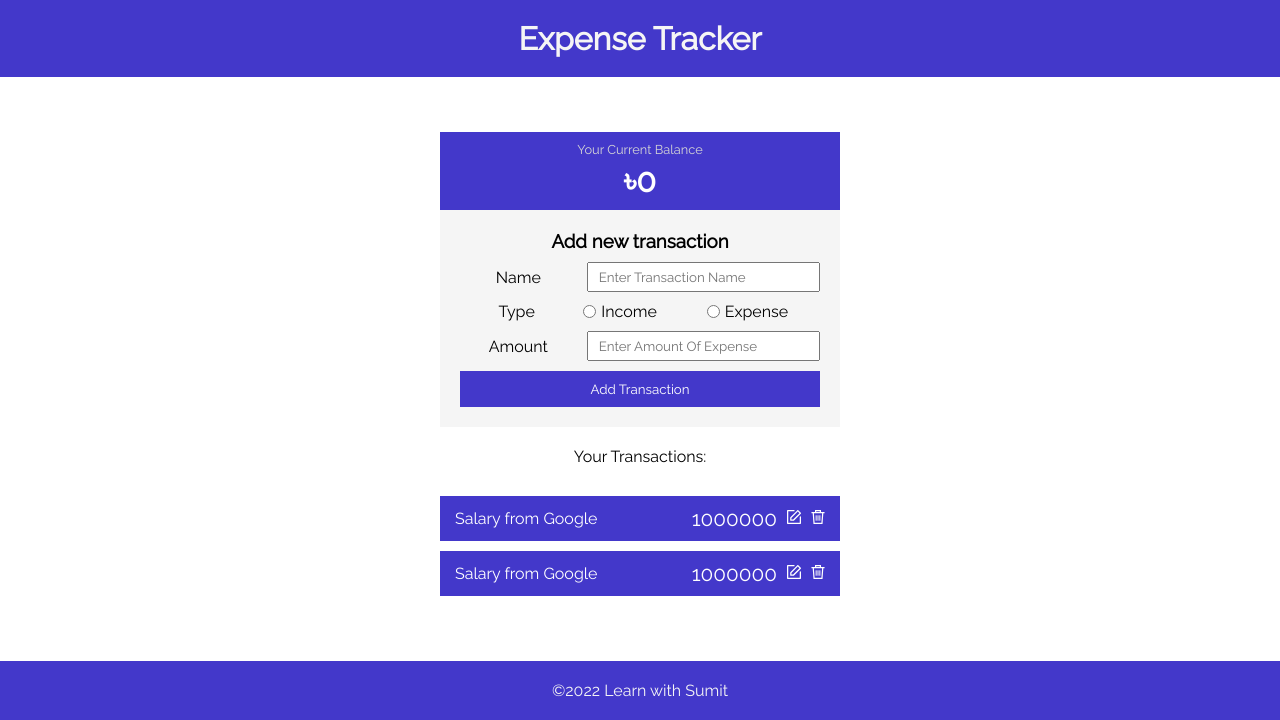
Repository: Tanvir3744/redux-expense-tracker
Page: /
The author's editor kept a copy of each file at every save. The page is drawn from the files as they stood at one save, then again after the next save.
The browser window is 1280 px wide. The pictures show the whole page.
The project was rebuilt for these pictures with package versions that can differ from the ones it lists, and the page was loaded fresh each time. Requests to the local data server were answered from the project's data file.

Above is the page before, as saved 2022-11-15 01:46:58.

After the next save:
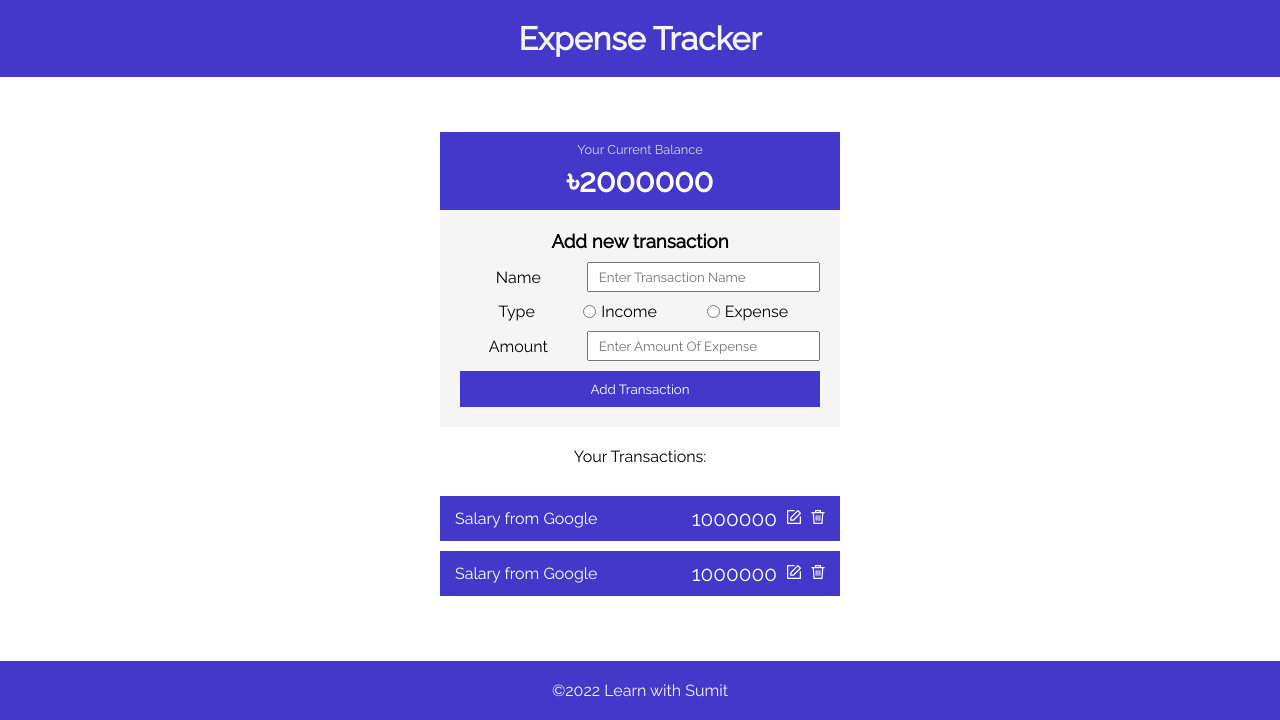
Saved 2 min 1 s later.
--- a/src/components/Balance.js
+++ b/src/components/Balance.js
@@ -7,9 +7,9 @@ export default function Balance() {
     const calBalance = () => {
         let income = 0;
         transactions.forEach(transaction => {
-            console.log(transaction.type)
-            if (transactions.type === 'income') {
-                income += transaction.amount;
+             let {type, amount} = transaction || {}
+            if (type === 'income') {
+                income += amount;
             } else if(transaction.type === 'expense') {
                 income -= transaction.amount;
             } else {
